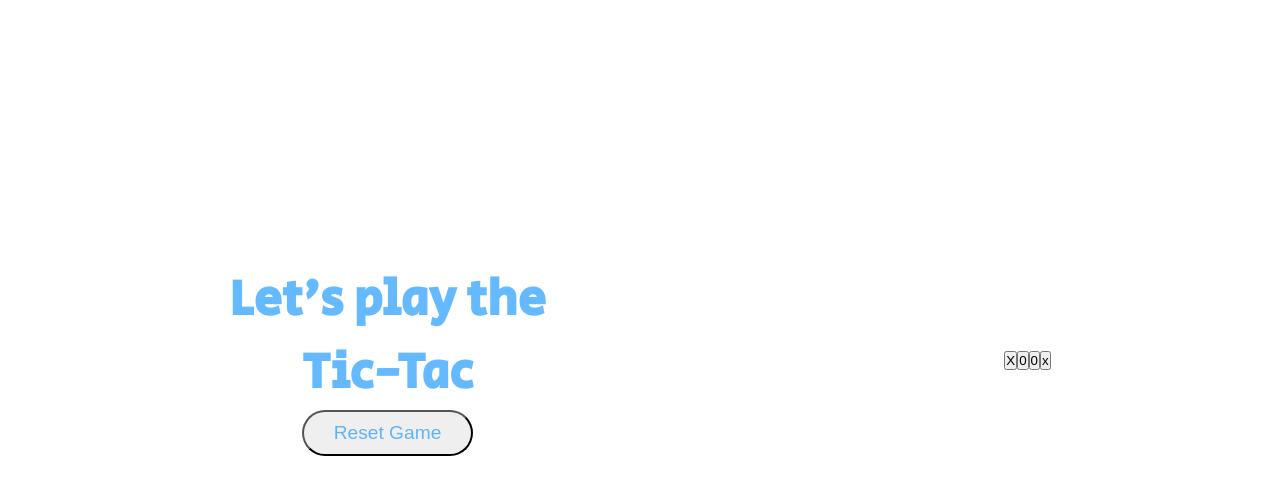
Repository: evergreenx/tic-tac
Page: /
These files come from the project's save history. The page is drawn as it stood at one moment and after the next save; the edit follows.
The browser window is 1280 px wide. The pictures show the whole page.
The project was rebuilt for these pictures with package versions that can differ from the ones it lists, and the page was loaded fresh each time.

Above is the page before, as saved 2022-04-21 04:11:15.

### src/index.scss
@import url("https://fonts.googleapis.com/css2?family=Anton&family=Secular+One&display=swap");

* {
  margin: 0;
  padding: 0;
  box-sizing: border-box;
}

body {
  font-family: "Secular One", sans-serif;
}

.App {
  display: flex;
  flex-direction: row;
  align-items: center;
  justify-content: space-around;
  height: 100vh;

  .board-text {
    .heading {
      color: #008cff9a;
      font-size: 50px;
    }

    .reset--button--text {
      color: #008cff9a;
      font-size: 1.2rem;
      padding: 10px 30px;
      border: 1px 008cff9a solid;
      border-radius: 50px;
      cursor: pointer;
    }
  }
}

@media (max-width: 768px) {
  .App {
    flex-direction: column;
  }
}

### src/App.js
import "./App.css";
import Board from "./components/Board";

function App() {
  return (
    <section className="App">
      <div className="board-text">
        <h1 className="heading">
          Let's play the <br /> Tic-Tac
        </h1>
        <div class="reset--button">
          <button class="reset--button--text">Reset Game</button>
        </div>
      </div>

      <Board />
    </section>
  );
}

export default App;

### src/components/Board.jsx
import React from "react";
import './Board.scss'

function Board() {
  return (
    <div className="board">
      <button>X</button>

      <button>0</button>

      <button>0</button>

      <button>x</button>
    </div>
  );
}

export default Board;

### src/components/Board/Board.scss
.board {
  display: flex;
  flex-direction: row;
}

Loaded but not shown: public/index.html (common file); src/index.js (common file); src/reportWebVitals.js (common file); src/App.css (common file)

After the next save:
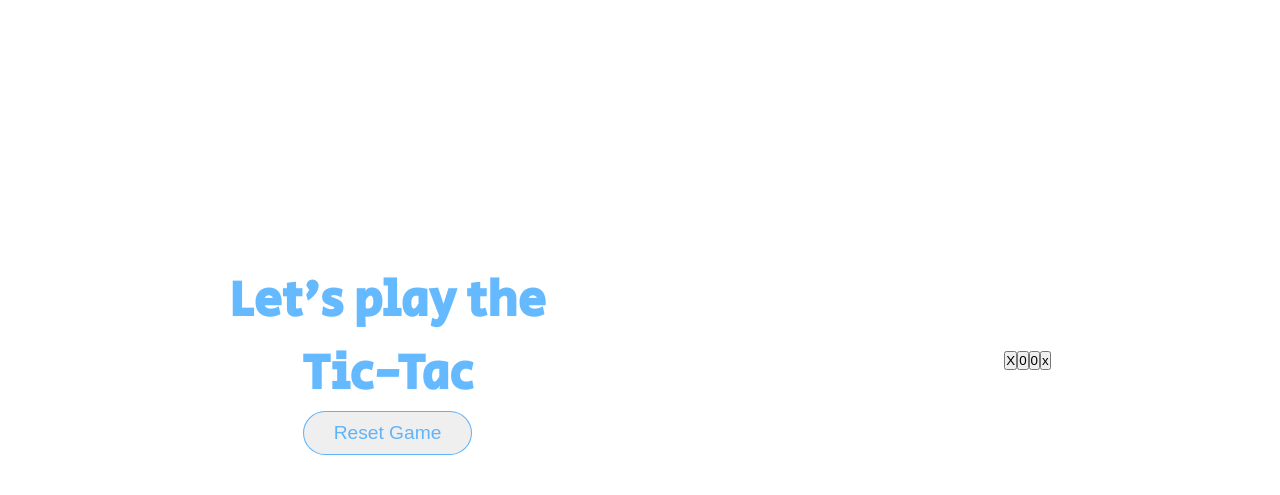
Saved 9 s later.
--- a/src/index.scss
+++ b/src/index.scss
@@ -27,7 +27,7 @@ body {
       color: #008cff9a;
       font-size: 1.2rem;
       padding: 10px 30px;
-      border: 1px 008cff9a solid;
+      border: 1px #008cff9a solid;
       border-radius: 50px;
       cursor: pointer;
     }
